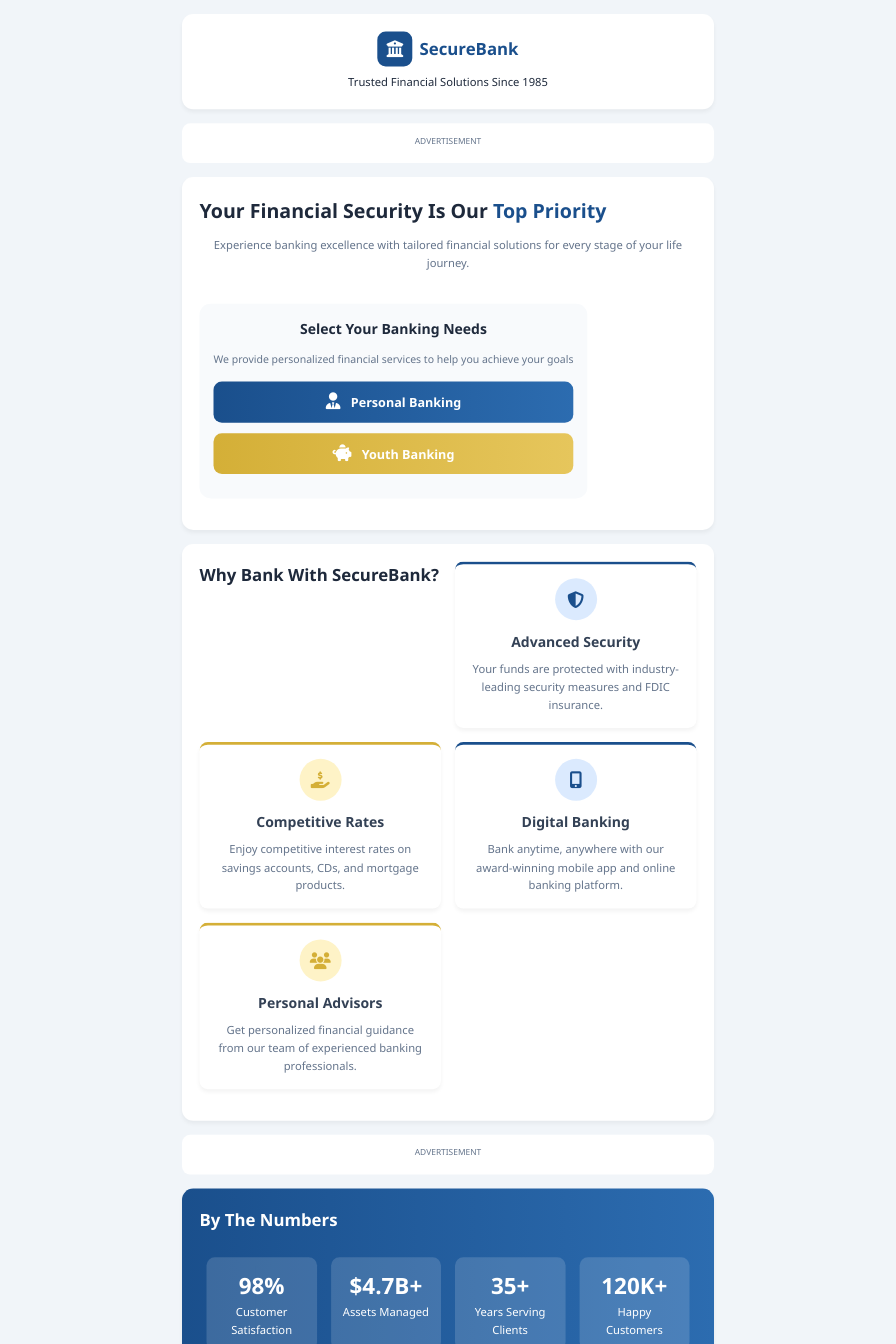
Repository: meenadabhii/loancalculator.nurcodes.com
Page: index.html
The author's editor kept a copy of each file at every save. The page is drawn from the files as they stood at one save, then again after a run of saves.
The browser window is 1280 px wide. The pictures show the part of the page from y = 0 to 1920 px (the page is 2611 px tall before and 2533 px after), at 70% of full size.

Above is the page before, as saved 2025-08-28 15:12:20.

After the next 2 saves:
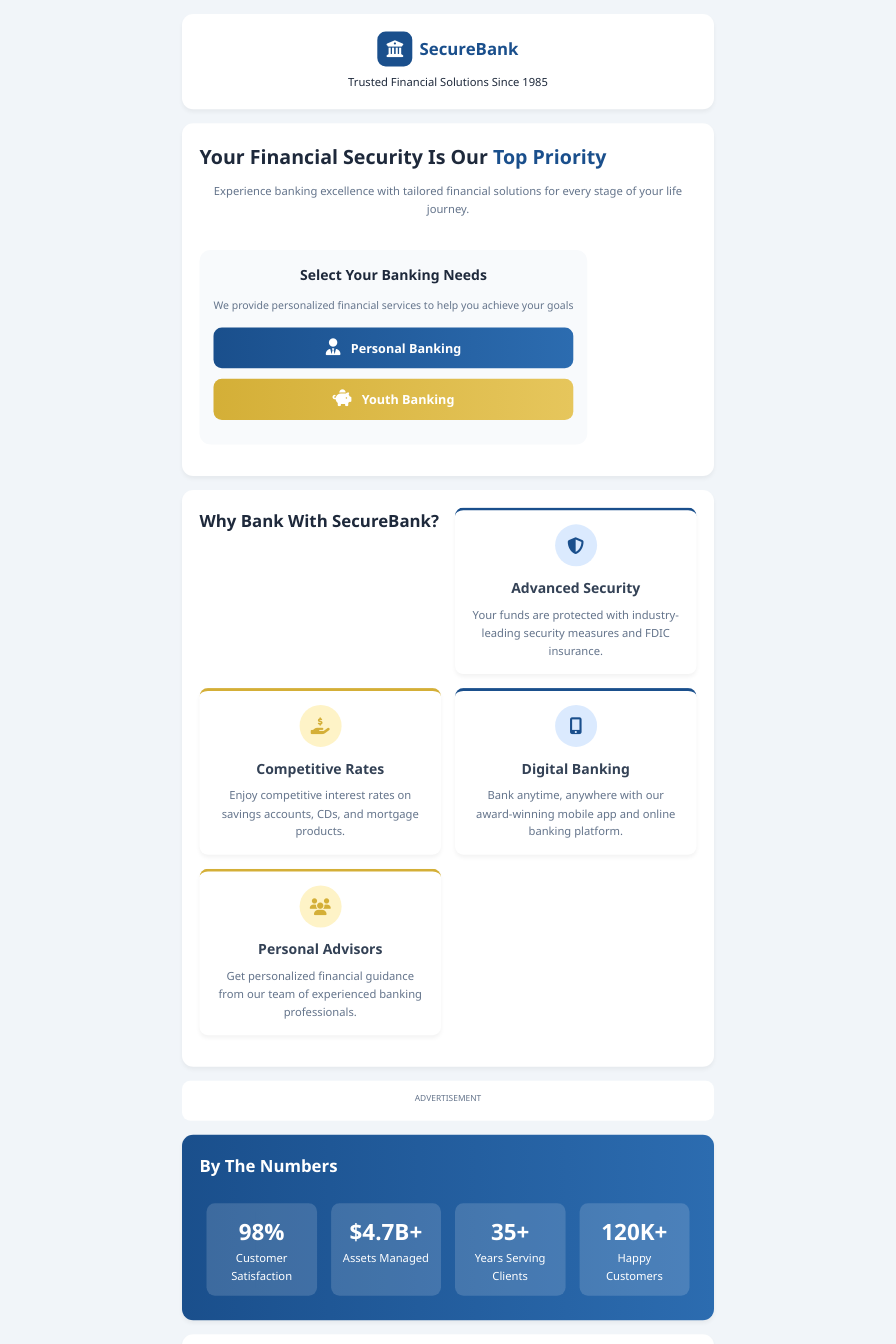
The 2 saves are shown as one change because they came seconds apart.
The last was saved 43 s later.
--- a/index.html
+++ b/index.html
@@ -178,17 +178,6 @@
             <p style="color: var(--dark-blue); font-size: 16px;">Trusted Financial Solutions Since 1985</p>
         </div>
 
-        <!-- ads unit  -->
-        <div class="ad-container">
-            <div class="ad-label">Advertisement</div>
-            <!-- Display Ad -->
-            <ins class="adsbygoogle" style="display:block" data-ad-client="ca-pub-9383584644305078"
-                data-ad-slot="2267542786" data-ad-format="auto" data-full-width-responsive="true"></ins>
-            <script>
-                (adsbygoogle = window.adsbygoogle || []).push({});
-            </script>
-        </div>
-
         <!-- Hero Section -->
         <div class="content-section" style="text-align: center;">
             <h2 style="font-size: 28px; font-weight: 700; margin-bottom: 15px; color: var(--dark-blue);">Your Financial Security Is Our <span style="color: var(--primary-blue);">Top Priority</span></h2>
